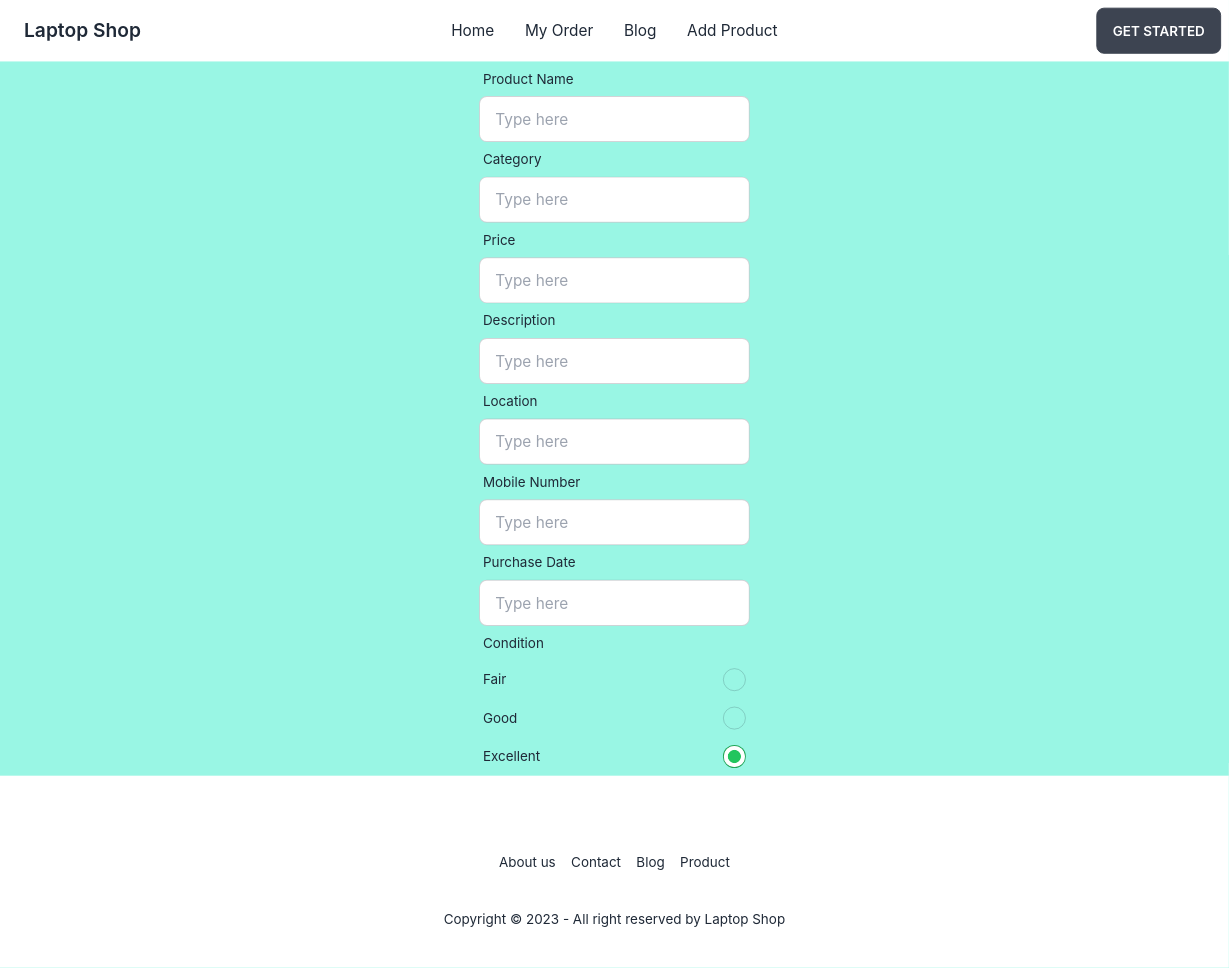
Repository: mdsajib50/E-commerce
Page: /add-product
An editor plug-in stored every save of this project. The page is shown before and after the next save, followed by the edit.
The browser window is 1280 px wide. The pictures show the whole page, at 96% of full size.
The project was rebuilt for these pictures with package versions that can differ from the ones it lists, and the page was loaded fresh each time. Also part of the build but not shown: src/Pages/Home/Banner/Banner.js, src/Pages/Home/Product/ProductCard.js, src/Pages/Home/Product/Product.js, src/Pages/Home/Home/Home.js.

Above is the page before, as saved 2023-01-11 22:50:33.

After the next save:
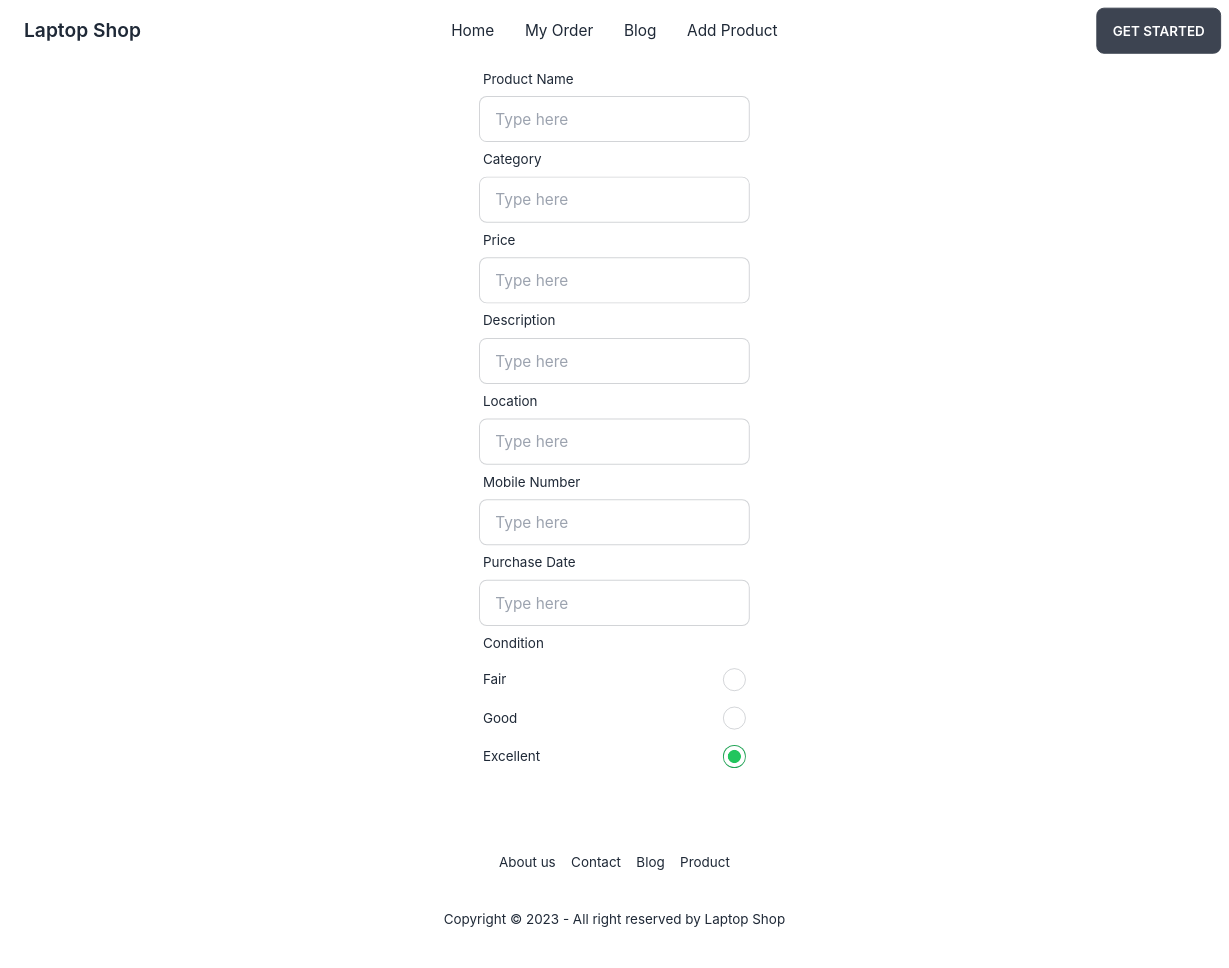
Saved 110 s later.
--- a/src/Pages/AddProduct/AddProduct.js
+++ b/src/Pages/AddProduct/AddProduct.js
@@ -2,7 +2,7 @@
 
 const AddProduct = () => {
     return (
-        <div className='bg-teal-200'>
+        <div className=''>
            <div className='flex mx-auto text-center justify-center '>
                 <form>
                     <div className="form-control">

After the save that followed:
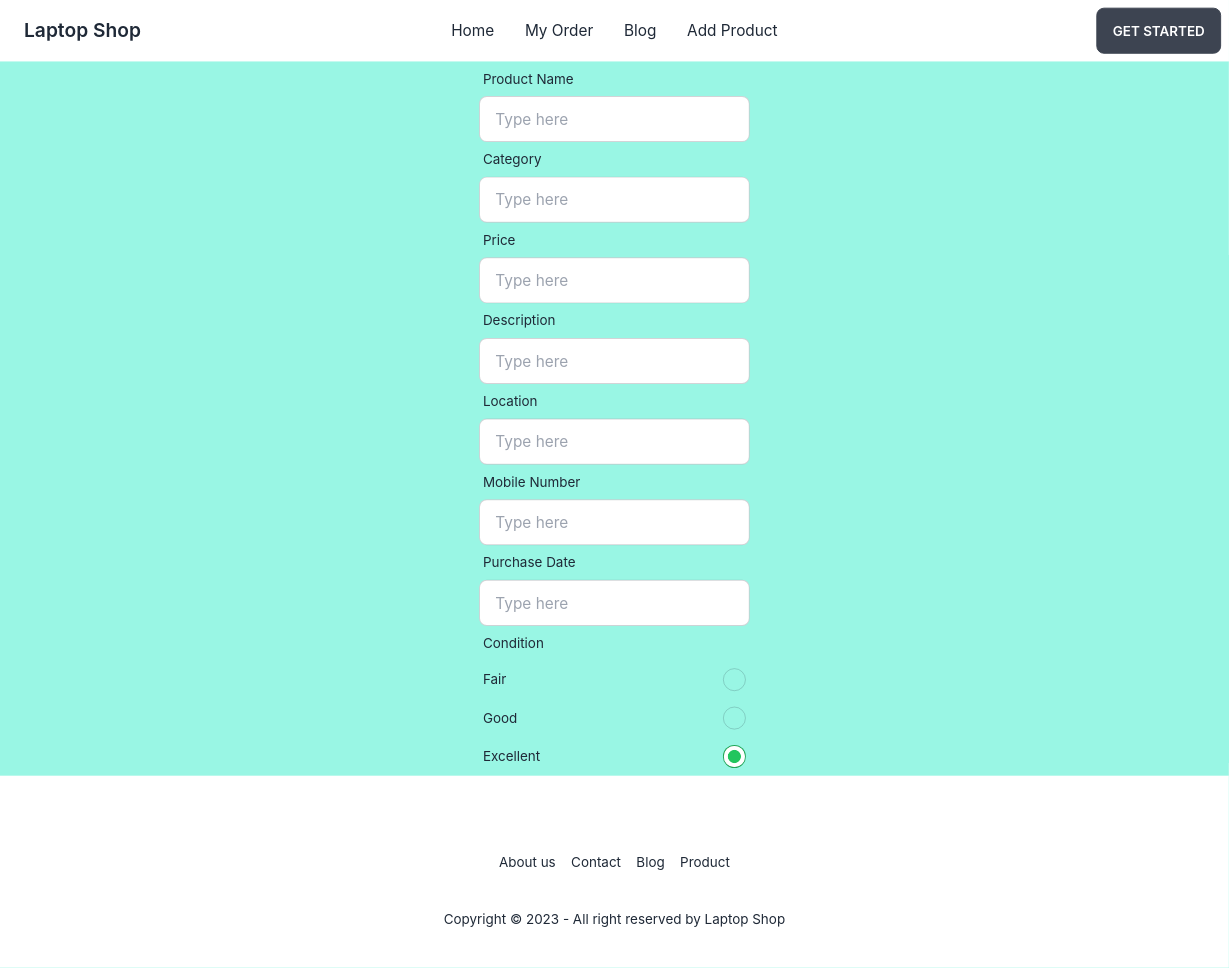
Saved 12 s later.
--- a/src/Pages/AddProduct/AddProduct.js
+++ b/src/Pages/AddProduct/AddProduct.js
@@ -3,7 +3,7 @@
 const AddProduct = () => {
     return (
         <div className=''>
-           <div className='flex mx-auto text-center justify-center '>
+           <div className='flex mx-auto text-center justify-center bg-teal-200'>
                 <form>
                     <div className="form-control">
                         <label className="label">
